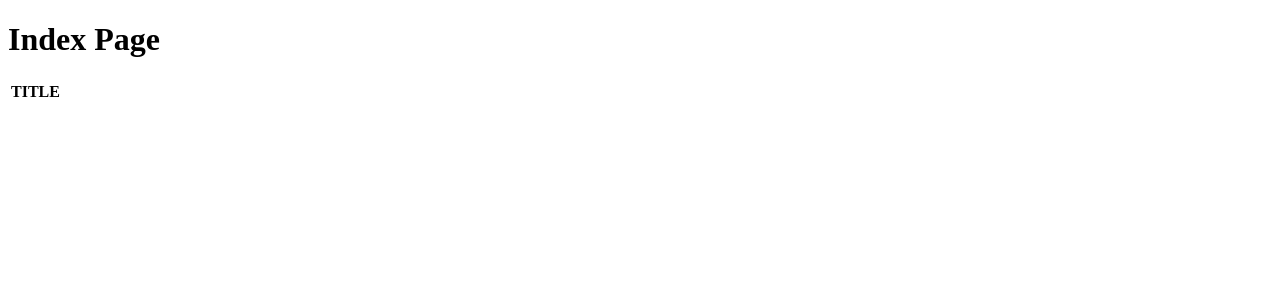
Repository: Leesunghoon1/brd_mem
Page: http://localhost/jps_BoardMember/
An editor plug-in stored every save of this project. The page is shown before and after the next save, followed by the edit.
The browser window is 1280 px wide. The pictures show the whole page.
The page is served by Tomcat 9.

Above is the page before, as saved 2023-09-06 11:58:57.

After the next save:
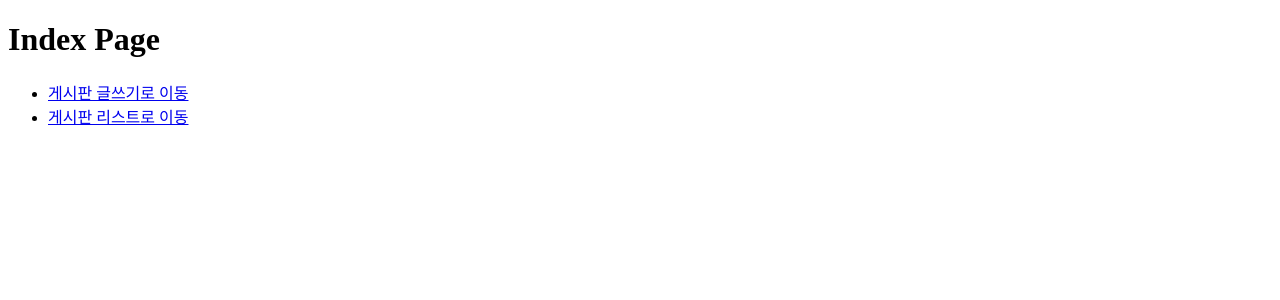
Saved 2 min 17 s later.
--- a/jps_BoardMember/src/main/webapp/index.jsp
+++ b/jps_BoardMember/src/main/webapp/index.jsp
@@ -8,12 +8,14 @@
 </head>
 <body>
 <h1>Index Page</h1>
+<ul>
+	<li>
+	<a href="/board/register.jsp">게시판 글쓰기로 이동</a>
+	</li>
+	<li>
+	<a href="/board/list.jsp">게시판 리스트로 이동</a>
+	</li>
+</ul>
 </body>
-<table boarder="1">
-	<tr>
-	<th>TITLE
-	</tr>
-	<th>
-	</tr>
 </table>
 </html>
